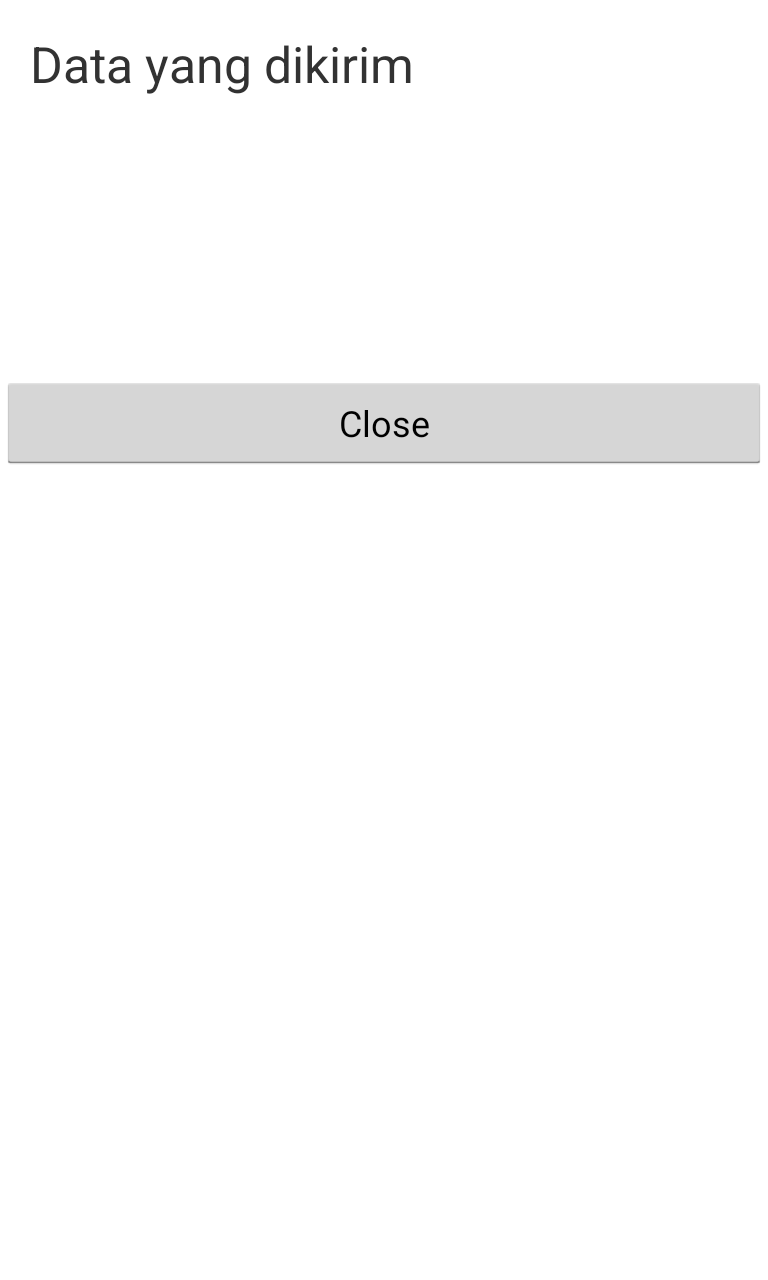
Repository: fauzhanFARTF/mobile_programming_kuliah
Layout: soal4_UAS_malam/res/layout/activity_second.xml
The author's editor kept a copy of each file at every save. The layout is drawn from the files as they stood at one save, then again after the next save.
It is drawn on a 768 x 1280 px phone screen (xhdpi) without system bars, with theme AppTheme; the app's code is not run.

Above is the layout before, as saved 2023-01-27 10:55:07.

### soal4_UAS_malam/res/layout/activity_second.xml
<?xml version="1.0" encoding="utf-8"?>
<LinearLayout xmlns:android="http://schemas.android.com/apk/res/android"
    android:layout_width="match_parent"
    android:layout_height="match_parent"
    android:orientation="vertical" >

<TextView android:layout_width="fill_parent"
    android:layout_height="wrap_content"
    android:text="Data yang dikirim"
    android:textSize="25dip"
    android:layout_gravity="center"
    android:layout_margin="15dip"/>
<TextView android:id="@+id/txtPanjang"
    android:layout_width="fill_parent"
    android:layout_height="wrap_content"
    android:layout_margin="15dip"
    android:textSize="18dip"/>
<TextView android:id="@+id/txtLebar"
    android:layout_width="fill_parent"
    android:layout_height="wrap_content"
    android:layout_margin="15dip"
    android:textSize="18dip"/>
<Button android:id="@+id/btnClose"
    android:layout_width="fill_parent"
    android:layout_height="wrap_content"
    android:layout_marginTop="15dip"
    android:text="Close"/>
</LinearLayout>

Loaded but not shown: soal4_UAS_malam/res/values/styles.xml (common file); soal4_UAS_malam/res/values-v11/styles.xml (common file); soal4_UAS_malam/res/values-v14/styles.xml (common file)

After the next save:
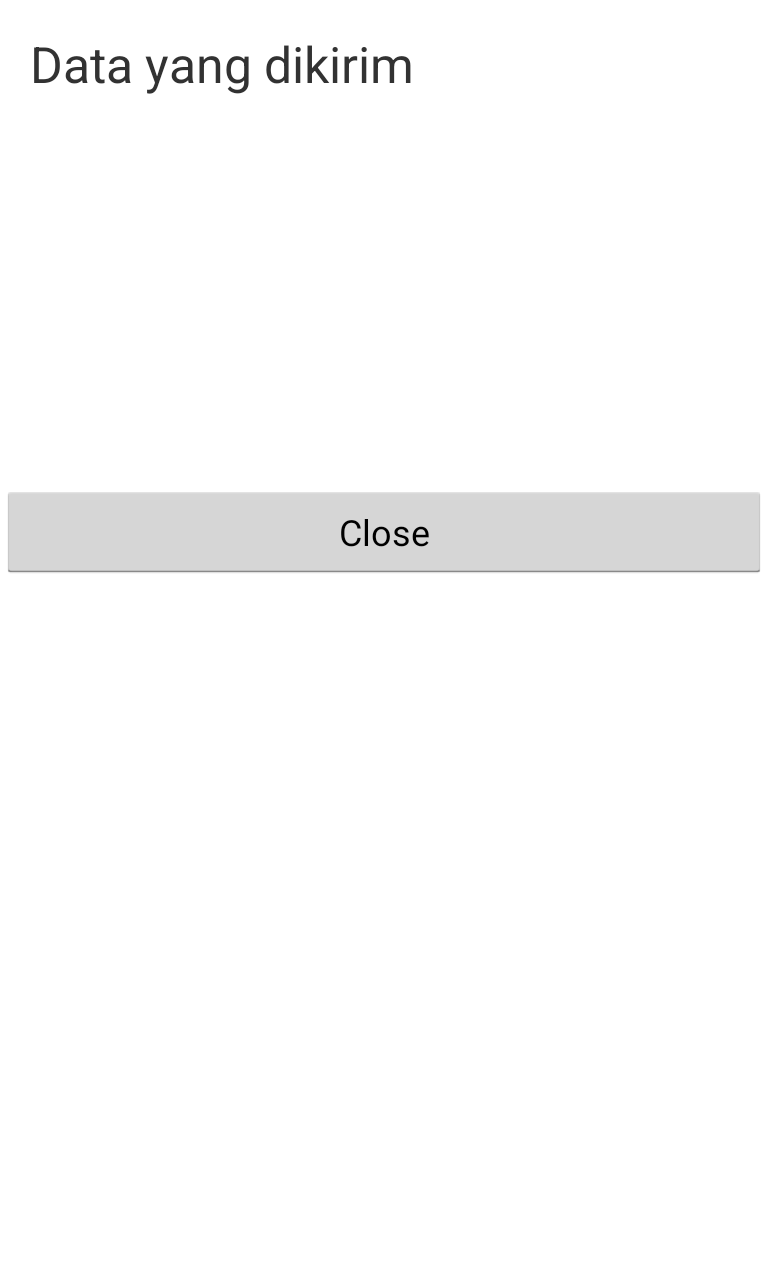
Saved 8 s later.
--- a/soal4_UAS_malam/res/layout/activity_second.xml
+++ b/soal4_UAS_malam/res/layout/activity_second.xml
@@ -20,6 +20,11 @@
     android:layout_height="wrap_content"
     android:layout_margin="15dip"
     android:textSize="18dip"/>
+<TextView android:id="@+id/txtLebar"
+    android:layout_width="fill_parent"
+    android:layout_height="wrap_content"
+    android:layout_margin="15dip"
+    android:textSize="18dip"/>
 <Button android:id="@+id/btnClose"
     android:layout_width="fill_parent"
     android:layout_height="wrap_content"
